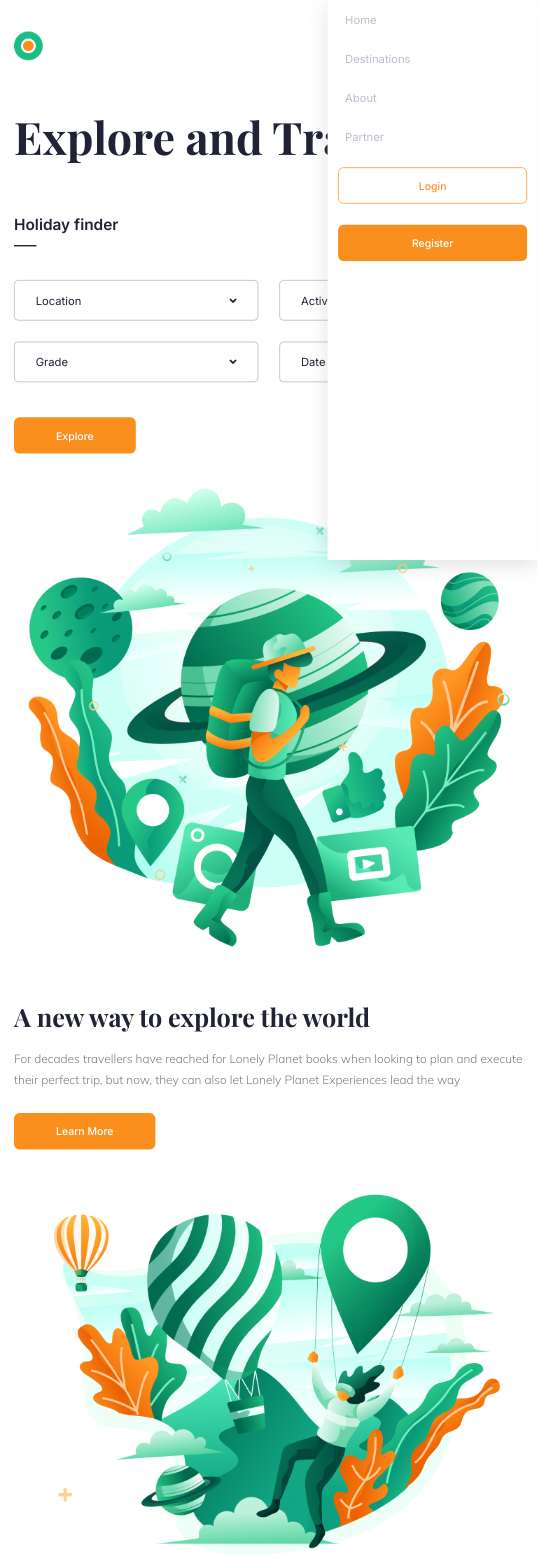
Repository: long5122000/sunny
Page: index.html
An editor plug-in stored every save of this project. The page is shown before and after the next save, followed by the edit.
The browser window is 768 px wide. The pictures show the part of the page from y = 0 to 2240 px (the page is 4786 px tall), at 70% of full size.
The style sheet was rebuilt from its Sass, Less or Tailwind sources for each picture, by a compiler version that may differ from the author's.

Above is the page before, as saved 2021-11-25 21:42:20.

### index.html
<!DOCTYPE html>
<html lang="en">
  <head>
    <meta charset="UTF-8" />
    <meta http-equiv="X-UA-Compatible" content="IE=edge" />
    <meta name="viewport" content="width=device-width, initial-scale=1.0" />
    <title>Thousand Sunny</title>
    <link rel="preconnect" href="https://fonts.googleapis.com" />
    <link rel="preconnect" href="https://fonts.gstatic.com" crossorigin />
    <link
      href="https://fonts.googleapis.com/css2?family=Inter:wght@400;500;600&family=Mulish:wght@300;700&family=Playfair+Display:wght@700&display=swap"
      rel="stylesheet"
    />
    <link
      rel="stylesheet"
      href="https://use.fontawesome.com/releases/v5.15.4/css/all.css"
      integrity="sha384-DyZ88mC6Up2uqS4h/KRgHuoeGwBcD4Ng9SiP4dIRy0EXTlnuz47vAwmeGwVChigm"
      crossorigin="anonymous"
    />
    <link rel="stylesheet" href="./css/app.css" />
  </head>
  <body>
    <div class="wrapper">
      <header class="header">
        <div class="container">
          <div class="header-main">
            <img srcset="./images/logo.png 2x" alt="" />
            <ul class="menu">
              <li class="menu-item">
                <a href="#" class="menu-link">Home</a>
              </li>
              <li class="menu-item">
                <a href="#" class="menu-link">Destinations</a>
              </li>
              <li class="menu-item">
                <a href="#" class="menu-link">About</a>
              </li>
              <li class="menu-item">
                <a href="#" class="menu-link">Partner</a>
              </li>
              <li class="menu-item">
                <a href="#" class="btn btn--secondary">Login</a>
              </li>
              <li class="menu-item">
                <a href="#" class="btn btn--primary">Register</a>
              </li>
            </ul>
          </div>
        </div>
      </header>
      <main>
        <section class="hero">
          <div class="container">
            <div class="hero-main">
              <div class="hero-content">
                <h1 class="heading hero-heading">Explore and Travel</h1>
                <div class="hero-caption">Holiday finder</div>
                <div class="hero-form">
                  <div class="dropdown">
                    <div class="dropdown-select">
                      <span class="dropdown-value">Location</span>
                      <i class="fas fa-angle-down"></i>
                    </div>
                    <div class="dropdown-list">
                      <div class="dropdown-item">title</div>
                      <div class="dropdown-item">title</div>
                      <div class="dropdown-item">title</div>
                    </div>
                  </div>
                  <div class="dropdown">
                    <div class="dropdown-select">
                      <span class="dropdown-value">Activity</span>
                      <i class="fas fa-angle-down"></i>
                    </div>
                    <div class="dropdown-list">
                      <div class="dropdown-item">title</div>
                      <div class="dropdown-item">title</div>
                      <div class="dropdown-item">title</div>
                    </div>
                  </div>
                  <div class="dropdown">
                    <div class="dropdown-select">
                      <span class="dropdown-value">Grade</span>
                      <i class="fas fa-angle-down"></i>
                    </div>
                    <div class="dropdown-list">
                      <div class="dropdown-item">title</div>
                      <div class="dropdown-item">title</div>
                      <div class="dropdown-item">title</div>
                    </div>
                  </div>
                  <div class="dropdown">
                    <div class="dropdown-select">
                      <span class="dropdown-value">Date</span>
                      <i class="fas fa-angle-down"></i>
                    </div>
                    <div class="dropdown-list">
                      <div class="dropdown-item">title</div>
                      <div class="dropdown-item">title</div>
                      <div class="dropdown-item">title</div>
                    </div>
                  </div>
                </div>
                <a href="#!" class="btn btn--primary">Explore</a>
              </div>
              <div class="hero-image">
                <img srcset="./images/img1.png 2x" alt="" />
              </div>
            </div>
          </div>
        </section>
        <section class="explore">
          <div class="container">
            <div class="explore-main">
              <div class="explore-image">
                <img srcset="./images/img2.png 2x" alt="" />
              </div>
              <div class="explore-content">
                <h2 class="heading explore-heading heading--small">
                  A new way to explore the world
                </h2>
                <p class="text explore-desc">
                  For decades travellers have reached for Lonely Planet books
                  when looking to plan and execute their perfect trip, but now,
                  they can also let Lonely Planet Experiences lead the way
                </p>
                <div class="btn btn--primary" href="!#">Learn More</div>
              </div>
            </div>
          </div>
        </section>
        <section class="destination">
          <div class="container">
            <div class="destination-header">
              <h2 class="heading heading--small">Featured destinations</h2>
              <a href="#!" class="viewall">
                <span>View all</span>
                <i class="fas fa-angle-right"></i>
              </a>
            </div>
            <div class="destination-list">
              <div class="destination-item">
                <div class="destination-image">
                  <img srcset="./images/destination1.png 2x" alt="" />
                </div>
                <div class="destination-content">
                  <h3 class="destination-name">Raja Ampat</h3>
                  <span class="destination-country">Indonesia</span>
                </div>
              </div>
              <div class="destination-item">
                <div class="destination-image">
                  <img srcset="./images/destination2.png 2x" alt="" />
                </div>
                <div class="destination-content">
                  <h3 class="destination-name">Fanjingshan</h3>
                  <span class="destination-country">China</span>
                </div>
              </div>
              <div class="destination-item">
                <div class="destination-image">
                  <img srcset="./images/destination3.png 2x" alt="" />
                </div>
                <div class="destination-content">
                  <h3 class="destination-name">Vevey</h3>
                  <span class="destination-country">Switzerland</span>
                </div>
              </div>
              <div class="destination-item">
                <div class="destination-image">
                  <img srcset="./images/destination4.png 2x" alt="" />
                </div>
                <div class="destination-content">
                  <h3 class="destination-name">Skadar</h3>
                  <span class="destination-country">Montenegro</span>
                </div>
              </div>
            </div>
          </div>
        </section>
        <section class="guides">
          <div class="container">
            <div class="guides-main">
              <div class="guides-content">
                <h2 class="heading guides-heading heading--small">
                  Guides by Thousand Sunny
                </h2>
                <div class="text guides-desc">
                  Packed with tips and advice from our on-the-ground experts,
                  our city guides app (iOS and Android) is the ultimate resource
                  before and during a trip.
                </div>
                <a href="#!" class="btn btn--primary">Download</a>
              </div>
              <div class="guides-image">
                <img srcset="./images/img3.png 2x" alt="" />
              </div>
            </div>
          </div>
        </section>
        <section class="testimonial">
          <div class="container">
            <div class="testimonial-main">
              <h2 class="heading heading--small testimonial-heading">
                Testimonials
              </h2>
              <div class="testimonial-container">
                <div class="testimonial-content">
                  <div class="testimonial-rating">
                    <i class="fa fa-star"></i>
                    <i class="fa fa-star"></i>
                    <i class="fa fa-star"></i>
                    <i class="fa fa-star"></i>
                    <i class="fa fa-star"></i>
                  </div>
                  <div class="testimonial-desc text">
                    “Quisque in lacus a urna fermentum euismod. Integer mi nibh,
                    dapibus ac scelerisque eu, facilisis quis purus. Morbi
                    blandit sit amet turpis nec”
                  </div>
                  <div class="testimonial-author">
                    <h3 class="testimonial-name">John Smith</h3>
                    <span class="testimonial-job">Founder Circle</span>
                  </div>
                </div>
                <div class="testimonial-image">
                  <img srcset="./images/testimonial.png 2x" alt="" />
                </div>
              </div>
            </div>
          </div>
        </section>
        <section class="story">
          <div class="container">
            <div class="story-header">
              <h2 class="heading heading--small story-heading">
                Trending stories
              </h2>
              <a href="#!" class="viewall">
                <span>View all</span>
                <i class="fas fa-angle-right"></i>
              </a>
            </div>
            <div class="story-list">
              <div class="story-item">
                <div class="story-image">
                  <img srcset="./images/story1.png 2x" alt="" />
                </div>
                <div class="story-content">
                  <h3 class="story-title">
                    The many benefits of taking a healing holiday
                  </h3>
                  <p class="story-desc">
                    ‘Helaing holidays’ are on the rise tohelp maximise your
                    health and happines...
                  </p>
                  <a href="#!" class="story-more">Read more</a>
                </div>
              </div>
              <div class="story-item">
                <div class="story-image">
                  <img srcset="./images/story2.png 2x" alt="" />
                </div>
                <div class="story-content">
                  <h3 class="story-title">
                    The best Kyoto restaurant to try Japanese food
                  </h3>
                  <p class="story-desc">
                    From tofu to teahouses, here’s our guide to Kyoto’s best
                    restaurants to visit...
                  </p>
                  <a href="#!" class="story-more">Read more</a>
                </div>
              </div>
              <div class="story-item">
                <div class="story-image">
                  <img srcset="./images/story3.png 2x" alt="" />
                </div>
                <div class="story-content">
                  <h3 class="story-title">
                    Skip Chichen Itza and head to this remote Yucatan
                  </h3>
                  <p class="story-desc">
                    It’s remote and challenging to get, but braving the jungle
                    and exploring these ruins without the...
                  </p>
                  <a href="#!" class="story-more">Read more</a>
                </div>
              </div>
              <div class="story-item">
                <div class="story-image">
                  <img srcset="./images/story4.png 2x" alt="" />
                </div>
                <div class="story-content">
                  <h3 class="story-title">
                    Surf’s up at these beginner spots around the world
                  </h3>
                  <p class="story-desc">
                    If learning to surf has in on your to- do list for a while,
                    the good news is: it’s never too late...
                  </p>
                  <a href="#!" class="story-more">Read more</a>
                </div>
              </div>
            </div>
          </div>
        </section>
      </main>
      <div class="footer">
        <div class="container">
          <div class="footer-top">
            <div class="footer-column">
              <img srcset="./images/logo.png 2x" alt="" class="footer-logo" />
              <p class="text footer-desc">
                Plan and book your perfect trip with expert advice, travel tips
                destination information from us
              </p>
              <p class="text copyright">
                ©2020 Thousand Sunny. All rights reserved
              </p>
            </div>
            <div class="footer-column">
              <h3 class="footer-title">Destinations</h3>
              <ul class="footer-links">
                <li class="footer-item">
                  <a href="#!" class="footer-link">Africa</a>
                </li>
                <li class="footer-item">
                  <a href="#!" class="footer-link">Antarctica</a>
                </li>
                <li class="footer-item">
                  <a href="#!" class="footer-link">Asia</a>
                </li>
                <li class="footer-item">
                  <a href="#!" class="footer-link">Europe</a>
                </li>
                <li class="footer-item">
                  <a href="#!" class="footer-link">America</a>
                </li>
              </ul>
            </div>
            <div class="footer-column">
              <h3 class="footer-title">Shop</h3>
              <ul class="footer-links">
                <li class="footer-item">
                  <a href="#!" class="footer-link">Destination Guides</a>
                </li>
                <li class="footer-item">
                  <a href="#!" class="footer-link">Pictorial & Gifts</a>
                </li>
                <li class="footer-item">
                  <a href="#!" class="footer-link">Special Offers</a>
                </li>
                <li class="footer-item">
                  <a href="#!" class="footer-link">Delivery Times</a>
                </li>
                <li class="footer-item">
                  <a href="#!" class="footer-link">FAQs</a>
                </li>
              </ul>
            </div>
            <div class="footer-column">
              <h3 class="footer-title">Interests</h3>
              <ul class="footer-links">
                <li class="footer-item">
                  <a href="#!" class="footer-link">Adventure Travel </a>
                </li>
                <li class="footer-item">
                  <a href="#!" class="footer-link">Art And Culture</a>
                </li>
                <li class="footer-item">
                  <a href="#!" class="footer-link">Wildlife And Nature</a>
                </li>
                <li class="footer-item">
                  <a href="#!" class="footer-link">Family Holidays</a>
                </li>
                <li class="footer-item">
                  <a href="#!" class="footer-link">Food And Drink</a>
                </li>
              </ul>
            </div>
          </div>
          <div class="footer-bottom">
            <a href="#!" class="footer-social">
              <i class="fab fa-facebook-square"></i>
            </a>
            <a href="#!" class="footer-social">
              <i class="fab fa-facebook-square"></i>
            </a>
            <a href="#!" class="footer-social">
              <i class="fab fa-facebook-square"></i>
            </a>
            <a href="#!" class="footer-social">
              <i class="fab fa-facebook-square"></i>
            </a>
            <a href="#!" class="footer-social">
              <i class="fab fa-facebook-square"></i>
            </a>
          </div>
        </div>
      </div>
    </div>
    <script src="scripts/app.js"></script>
  </body>
</html>

### sass/app.scss
@import "reset";
@import "variables";
@import "global";
@import "typography";
@import "header";
@import "menu";
@import "hero";
@import "explore";
@import "destination";
@import "guides";
@import "testimonial";
@import "story";
@import "footer";

### sass/_variables.scss
$primary-font: "Inter", sans-serif;
$secondary-font: "Playfair Display", serif;
$third-font: "Mulish", sans-serif;
$gray: #b8becd;
$gray-dark: #afb0b9;
$gray-darker: #7d7987;
$gray-darkest: #202336;
$primary-color: #fb8f1d;
$gray-blur: #80918e;
$gray-lighter: #f9f9fb;

### sass/_global.scss
body {
  overflow-x: hidden;
}
.wrapper {
  max-width: 1600px;
  margin: 0 auto;
}
.container {
  max-width: 1260px;
  margin: 0 auto;
  padding: 0 20px;
}
ul {
  list-style: none;
}
.btn {
  display: inline-flex;
  justify-content: center;
  align-items: center;
  cursor: pointer;
  font-size: 15px;
  font-weight: 500;
  font-family: $primary-font;
  line-height: 1;
  height: 52px;
  padding: 0 60px;
  border-radius: 8px;
  background-color: transparent;
  border: 0;
  outline: none;
  &--primary {
    color: white;
    background-color: $primary-color;
  }
  &--secondary {
    color: $primary-color;
    border: 1px solid currentColor;
  }
}
.dropdown {
  &-list {
    display: none;
  }
  &-select {
    display: flex;
    justify-content: space-between;
    align-items: center;
    padding: 20px 30px;
    border-radius: 6px;
    border: 1px solid $gray-dark;
    color: $gray-darkest;
    cursor: pointer;
  }
}
.viewall {
  color: $primary-color;
  display: flex;
  align-items: center;
  gap: 0 5px;
  white-space: nowrap;
}

### sass/_typography.scss
body {
  font-family: $primary-font;
  font-size: 16px;
  line-height: 1;
  color: $gray;
}
.heading {
  font-family: $secondary-font;
  color: $gray-darkest;
  &--small {
    line-height: 139%;
    font-size: 36px;
  }
}
.text {
  font-weight: 300;
  line-height: 176%;
  font-size: 17px;
  color: $gray-darker;
  font-family: $third-font;
}
@media screen and (max-width: 767px) {
  .heading {
    &--small {
      font-size: 30px;
    }
  }
}

### sass/_header.scss
.header {
  padding-top: 45px;
  padding-bottom: 70px;
  &-main {
    display: flex;
    justify-content: space-between;
    align-items: center;
  }
}

### sass/_menu.scss
.menu {
  display: flex;
  align-items: center;
  gap: 0 35px;
  &-link {
    color: inherit;
  }
  @media screen and (max-width: 1023px) {
    position: fixed;
    top: 0;
    right: 0;
    bottom: 0;
    background-color: white;
    box-shadow: rgba(100, 100, 111, 0.2) 0px 7px 29px 0px;
    width: 300px;
    flex-direction: column;
    align-items: stretch;
    z-index: 9;
    &-link {
      display: block;
      padding: 20px 25px;
      width: 100%;
    }
    &-item:last-child,
    &-item:nth-last-child(2) {
      padding: 15px;
    }
    .btn {
      width: 100%;
    }
  }
  @media screen and (max-width: 767px) {
    padding: 30px 0;
  }
}

### sass/_hero.scss
.hero {
  margin-bottom: 270px;
  &-main {
    display: flex;
    justify-content: space-between;
    align-items: center;
  }
  &-heading {
    font-size: 64px;
    line-height: 125%;
    margin-bottom: 74px;
  }
  &-caption {
    font-size: 22px;
    font-weight: 600;
    margin-bottom: 48px;
    padding-bottom: 20px;
    display: inline-block;
    position: relative;
    color: $gray-darkest;
    &:before {
      content: "";
      position: absolute;
      bottom: 0;
      left: 0;
      width: 32px;
      height: 2px;
      background-color: $gray-darkest;
    }
  }
  &-content {
    width: 100%;
  }
  &-form {
    margin-bottom: 50px;
    display: grid;
    grid-template-columns: 1fr 1fr;
    grid-gap: 30px;
  }
  @media screen and (min-width: 1280px) {
    &-image {
      transform: translateX(85px);
    }
  }
  @media screen and (min-width: 1024px) {
    &-content {
      width: 100%;
      max-width: 470px;
    }
  }

  @media screen and (max-width: 1023px) {
    margin-bottom: 75px;
    &-main {
      flex-direction: column;
      gap: 50px 0;
    }
  }
  @media screen and (max-width: 767px) {
    &-heading {
      font-size: 50px;
      margin-bottom: 40px;
    }
    &-form {
      grid-template-columns: 1fr;
    }
  }
}

### sass/_explore.scss
.explore {
  margin-bottom: 292px;
  &-main {
    display: flex;
    justify-content: space-between;
    align-items: center;
    gap: 0 50px;
  }

  &-heading {
    margin-bottom: 20px;
  }
  &-desc {
    margin-bottom: 33px;
  }
  @media screen and (max-width: 1023px) {
    margin-bottom: 75px;
    &-main {
      flex-direction: column-reverse;
      gap: 50px 0;
    }
  }
  @media screen and (min-width: 1024px) {
    &-content {
      max-width: 508px;
      padding-right: 58px;
    }
    &-image {
      transform: translateX(-50px);
    }
  }
}

### sass/_guides.scss
.guides {
  margin-bottom: 250px;
  &-main {
    display: flex;
    justify-content: space-between;
    align-items: center;
    gap: 0 80px;
  }
  &-content {
    width: 100%;
  }
  &-heading {
    margin-bottom: 20px;
  }
  &-desc {
    margin-bottom: 33px;
  }
  @media screen and (min-width: 1024px) {
    &-content {
      max-width: 450px;
      transform: translateX(50px);
    }
    &-image {
      padding-right: 40px;
    }
  }

  @media screen and (max-width: 1023px) {
    margin-bottom: 75px;
    &-main {
      flex-direction: column;
    }
  }
}

### sass/_testimonial.scss
.testimonial {
  margin-bottom: 270px;
  &-heading {
    margin-bottom: 60px;
  }
  &-main {
    max-width: 1085px;
    position: relative;
  }
  &-container {
    display: flex;
    justify-content: space-between;
    align-items: center;
    gap: 0 25px;
  }
  &-content {
    max-width: 450px;
  }
  &-rating {
    font-size: 20px;
    display: flex;
    align-items: center;
    gap: 15px;
    margin-bottom: 30px;
    color: #ffbb0c;
  }
  &-desc {
    color: #000;
    margin-bottom: 40px;
    font-size: 24px;
    font-weight: 400;
  }
  &-name {
    font-size: 22px;
    font-weight: bold;
    color: #000;
    margin-bottom: 20px;
  }
  &-job {
    font-size: 18px;
    color: #000;
  }
  @media screen and (min-width: 1024px) {
    &-main {
      padding-left: 50px;
    }
  }

  @media screen and (max-width: 1023px) {
    margin-bottom: 75px;
  }
  @media screen and (max-width: 767px) {
    &-container {
      flex-direction: column;
      gap: 50px 0;
    }
    &-heading {
      margin-bottom: 30px;
    }
    &-desc {
      font-size: 18px;
      margin-bottom: 20px;
    }
    &-name {
      font-size: 20px;
      margin-bottom: 10px;
    }
    &-job {
      font-size: 16px;
    }
    &-image {
      height: 400px;
      img {
        width: 100%;
        height: 100%;
        object-fit: cover;
        border-radius: 12px;
      }
    }
  }
}

### sass/_footer.scss
.footer {
  background-color: $gray-lighter;
  padding-top: 80px;
  font-family: $third-font;
  display: none;
  &-top {
    display: grid;
    grid-template-columns: 3fr repeat(3, 1fr);
    grid-gap: 30px 80px;
    padding-bottom: 77px;
    border-bottom: 1px solid #c4c4c4;
  }
  &-bottom {
    display: flex;
    justify-content: center;
    align-items: center;
    padding: 30px 0;
    gap: 0 35px;
  }
  &-logo {
    margin-bottom: 26px;
  }
  &-desc {
    margin-bottom: 55px;
    font-size: 18px;
    max-width: 335px;
  }
  &-copyright {
    font-size: 17px;
  }
  &-title {
    color: #000;
    font-size: 19px;
    margin-bottom: 40px;
    font-weight: bold;
  }
  &-item {
    margin-bottom: 25px;
  }

  &-link {
    color: #848484;
  }
}

Loaded but not shown: sass/_reset.scss (common file); sass/_story.scss (98 lines, source omitted); sass/_destination.scss (92 lines, source omitted); scripts/app.js (no stored copy; drawn as an empty file)

After the next save:
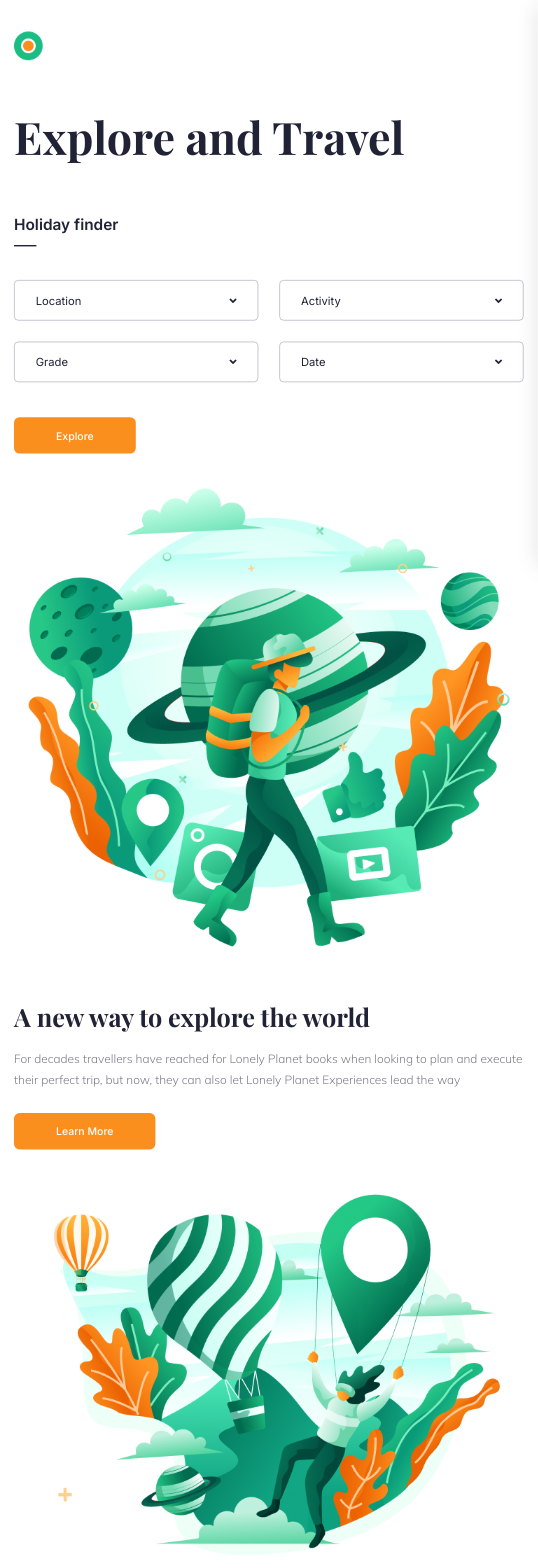
Saved 30 s later.
--- a/sass/_menu.scss
+++ b/sass/_menu.scss
@@ -16,6 +16,8 @@
     flex-direction: column;
     align-items: stretch;
     z-index: 9;
+    transition: all 0.2s linear;
+    transform: translateX(100%);
     &-link {
       display: block;
       padding: 20px 25px;
